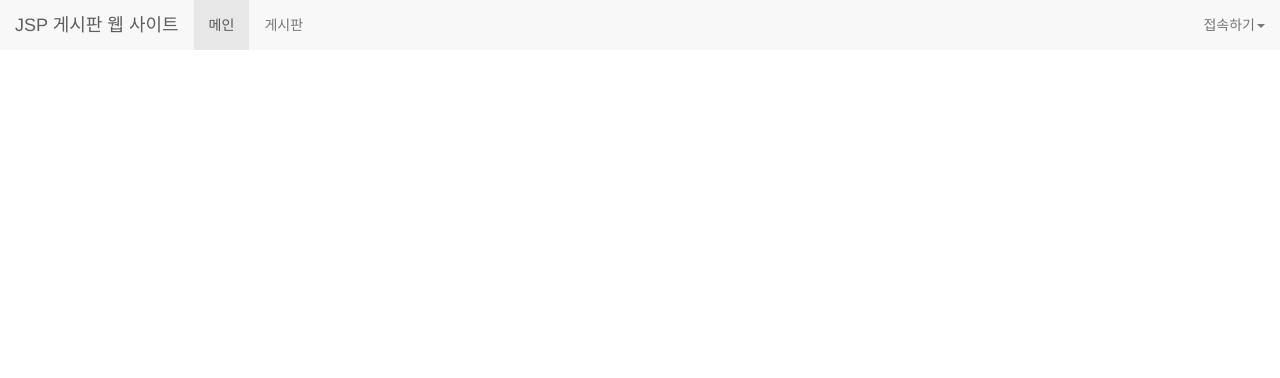
Repository: ehdgus0221/JAVA
Page: http://localhost/BBS/main.jsp
An editor plug-in stored every save of this project. The page is shown before and after the next save, followed by the edit.
The browser window is 1280 px wide. The pictures show the whole page.
Some web libraries are served in a nearby version. The page is served by Tomcat 9.

Above is the page before, as saved 2022-12-28 13:54:18.

After the next save:
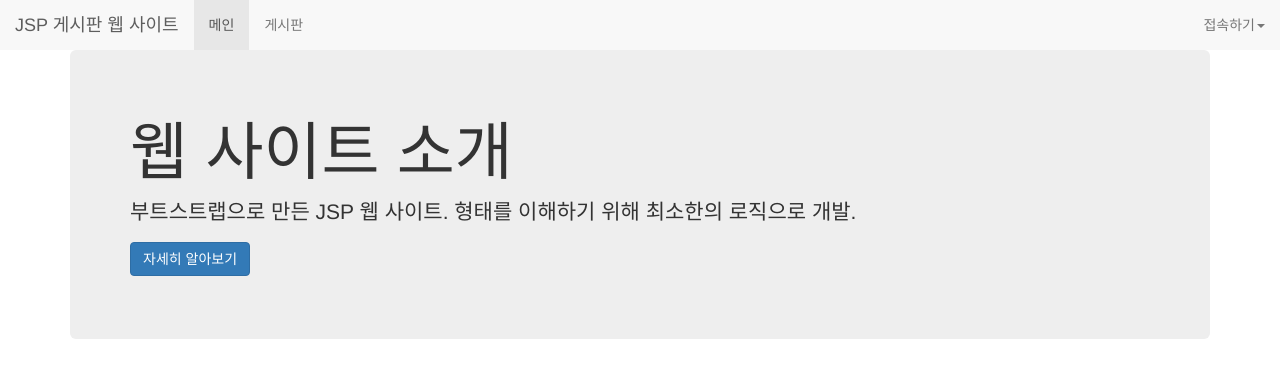
Saved 4 min 38 s later.
--- a/Board-Basic/projects/BBS/src/main/webapp/main.jsp
+++ b/Board-Basic/projects/BBS/src/main/webapp/main.jsp
@@ -69,8 +69,16 @@
 			<%
 				}
 			%>
-
 		</div>
 	</nav>
+	<div class="container">
+		<div class="jumbotron">
+			<h1>웹 사이트 소개</h1>
+			<p>부트스트랩으로 만든 JSP 웹 사이트. 형태를 이해하기 위해 최소한의 로직으로 개발.</p>
+			<p><a class="btn btn-primary btn-pull" href="#" role="button">자세히 알아보기</a></p>
+		</div>
+	</div>
+
+
 </body>
 </html>
